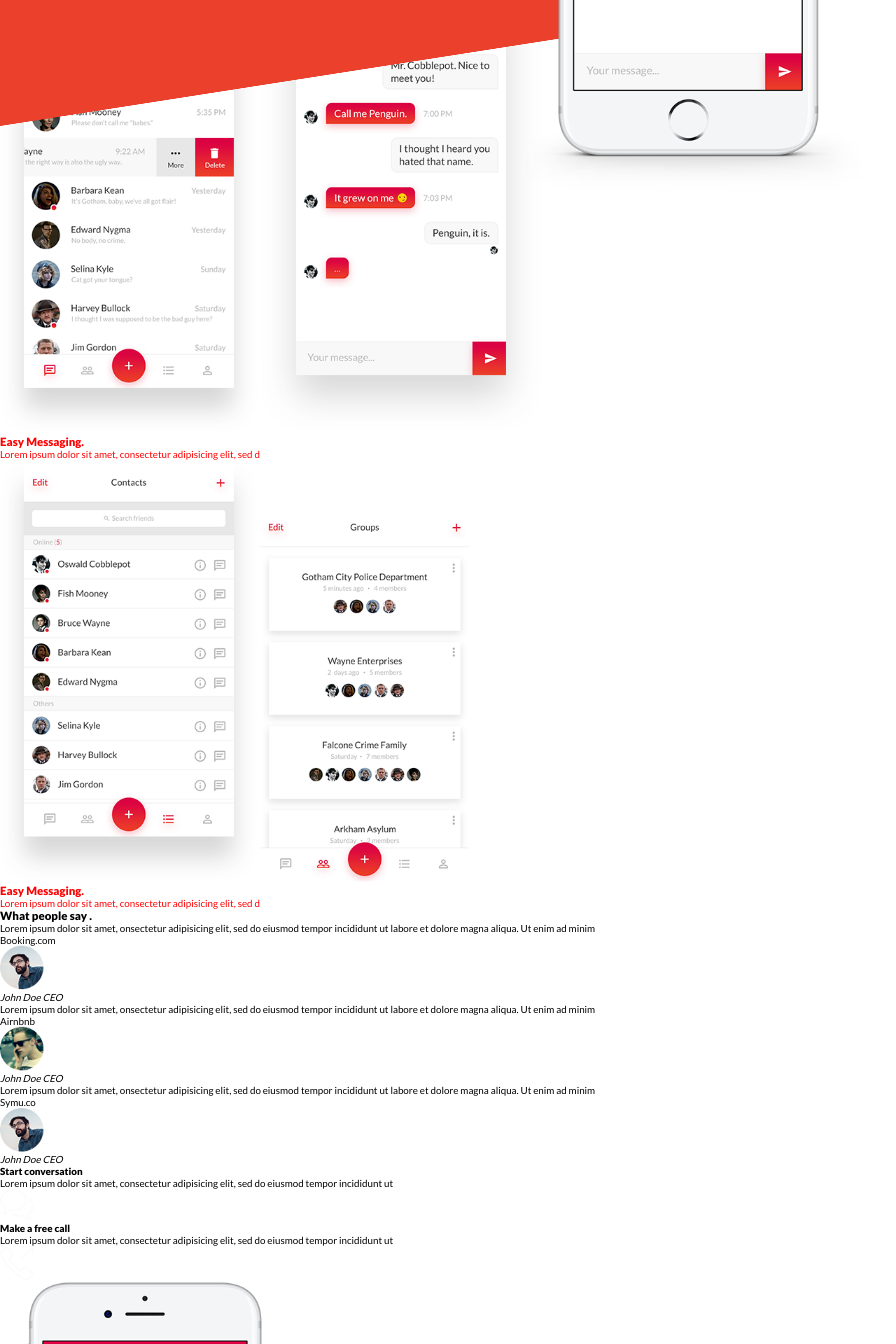
Repository: baumanmilosz/heyu
Page: index.html
The author's editor kept a copy of each file at every save. The page is drawn from the files as they stood at one save, then again after the next save.
The browser window is 1280 px wide. The pictures show the part of the page from y = 930 to 2850 px (the page is 4050 px tall), at 70% of full size.
Some web libraries are served in a nearby version. The style sheet was rebuilt from its Sass, Less or Tailwind sources for each picture, by a compiler version that may differ from the author's.

Above is the page before, as saved 2019-04-12 14:42:35.

### index.html
<!DOCTYPE html>
<html lang="en">

<head>
  <meta charset="UTF-8">
  <meta name="viewport" content="width=device-width, initial-scale=1.0">
  <meta http-equiv="X-UA-Compatible" content="ie=edge">
  <title>HeyU Landing Page</title>
  <link rel="stylesheet" href="https://use.fontawesome.com/releases/v5.8.1/css/all.css"
    integrity="sha384-50oBUHEmvpQ+1lW4y57PTFmhCaXp0ML5d60M1M7uH2+nqUivzIebhndOJK28anvf" crossorigin="anonymous">
  <link href="https://fonts.googleapis.com/css?family=Lato:400,900" rel="stylesheet">
  <link rel="stylesheet" href="./src/css/style.css">

</head>

<body>
  <header class="page-header">
    <nav class="page-nav">
      <h1 class="page-nav__title"><a class="page-nav__link" href="">HeyU</a></h1>
      <button type="button" class="page-nav__btn" href=""><i class="page-nav__icon fas fa-bars"></i></button>
      <ul class="page-nav__list">
        <li class="page-nav__item"><a class="page-nav__link" href="">About</a></li>
        <li class="page-nav__item"><a class="page-nav__link" href="">Faq</a></li>
        <li class="page-nav__item"><a class="page-nav__link" href="">Support</a></li>
        <li class="page-nav__item"><a class="page-nav__link" href="">Blog</a></li>
      </ul>
    </nav>
    <div class="page-hero">
      <div class="slogan">
        <h2 class="page-hero__title">Simple, safe <span class="page-hero__linebreak"> & beautiful.</span></h2>
        <p class="page-hero__description">With <span class="page-hero__highlight">HeyU</span>, you'll get fast, simple,
          secure messaging!</p>
        <button class="page-hero__btn"><span class="page-hero__text">Download now</span></button>
      </div>
      <div class="picture-wrapper">
        <img class="picture" src="./assets/phone.png" alt="">
      </div>
    </div>
  </header>
  <section class="app-description">
    <div class="wrapper">
      <div class="app-feature">
        <div class="feature-img-wrapper">
          <img class="messages-img" src="./assets/messages.png" alt="">
          <img class="converstion-img" src="./assets/conversation.png" alt="">
        </div>
        <h3 class="app-feature__title">Easy Messaging<span class="dot">.</span></h3>
        <p class="app-feature__description">Lorem ipsum dolor sit amet, consectetur adipisicing elit, sed d</p>
      </div>
      <div class="app-feature">
        <div class="feature-img-wrapper">
          <img class="contact-img" src="./assets/contacts.png" alt="">
          <img class="group-img" src="./assets/groups.png" alt="">
        </div>
        <h3 class="app-feature__title">Easy Messaging<span class="dot">.</span></h3>
        <p class="app-feature__description">Lorem ipsum dolor sit amet, consectetur adipisicing elit, sed d</p>
      </div>
    </div>
  </section>
  <section class="reviews">
    <div class="wrapper">
      <h3 class="reviews-title">What people say <span class="dot">.</span></h3>
      <div class="reviews-wrapper">
        <div class="comment-box">
          <blockquote class="comment">
            <p class="comment__text">Lorem ipsum dolor sit amet, onsectetur adipisicing elit, sed do eiusmod tempor
              incididunt ut labore et dolore magna aliqua. Ut enim ad minim
            </p>
            <p class="topic">Booking.com</p>
          </blockquote>
          <cite class="author">
            <div class="avatar">
              <img src="./assets/avatar1.png" alt="User">
              <p class="avatar_name">John Doe <span class="avatar_profession">CEO</span></p>
            </div>
          </cite>
        </div>
        <div class="comment-box">
          <blockquote class="comment">
            <p class="comment__text">Lorem ipsum dolor sit amet, onsectetur adipisicing elit, sed do eiusmod tempor
              incididunt ut labore et dolore magna aliqua. Ut enim ad minim</p>
            <p class="comment__company">Airnbnb</p>
          </blockquote>
          <cite class="author">
            <div class="avatar">
              <img src="./assets/avatar2.png" alt="User">
              <p class="avatar_name">John Doe <span class="avatar_profession">CEO</span></p>
            </div>
          </cite>
        </div>
        <div class="comment-box">
          <blockquote class="comment">
            <p class="comment__text">Lorem ipsum dolor sit amet, onsectetur adipisicing elit, sed do eiusmod tempor
              incididunt ut labore et dolore magna aliqua. Ut enim ad minim</p>
            <p class="comment__company">Symu.co</p>
          </blockquote>
          <cite class="author">
            <div class="avatar">
              <img src="./assets/avatar1.png" alt="User">
              <p class="avatar_name">John Doe <span class="avatar_profession">CEO</span></p>
            </div>
          </cite>
        </div>
      </div>
    </div>
  </section>
  <section class="overview">
    <div class="wrapper">
      <div class="feature">
        <h4 class="feature__title">Start conversation</h4>
        <p class="feature__description">Lorem ipsum dolor sit amet, consectetur adipisicing elit, sed do eiusmod tempor
          incididunt ut</p>
        <img class="feature__icon" src="./assets/message-icon.png" alt="">
      </div>
      <div class="feature">
        <h4 class="feature__title">Make a free call</h4>
        <p class="feature__description">Lorem ipsum dolor sit amet, consectetur adipisicing elit, sed do eiusmod tempor
          incididunt ut</p>
        <img class="feature__icon" src="./assets/phone-icon.png" alt="">
      </div>
      <div class="phone-wrapper">
        <img class="phone" src="./assets/phone-gradient.png" alt="">
        <img class="play-icon" src="./assets/play-icon.png" alt="">
      </div>
      <div class="feature">
        <h4 class="feature__title">Take a picture</h4>
        <p class="feature__description">Lorem ipsum dolor sit amet, consectetur adipisicing elit, sed do eiusmod tempor
          incididunt ut</p>
        <img class="feature__icon" src="./assets/camera-icon.png" alt="">
      </div>
      <div class="feature">
        <h4 class="feature__title">Send your video</h4>
        <p class="feature__description">Lorem ipsum dolor sit amet, consectetur adipisicing elit, sed do eiusmod tempor
          incididunt ut</p>
        <img class="feature__icon" src="./assets/video-icon.png" alt="">
      </div>
    </div>
  </section>
  <section class="newsletter">
    <div class="wrapper">
      <h3 class="newsletter__title">Subscribe to our newsletter<span class="dot">.</span></h3>
      <p class="newsletter__text">Lorem ipsum dolor sit amet, consectetur adipisicing elit, sed do eiusmod tempor
        incididunt ut labore et</p>
      <form action="" class="from">
        <input type="text" class="form__input" placeholder="Your email adress">
        <button type="submit" class="form__btn">Subscribe</button>
      </form>
    </div>
  </section>
  <section class="download-app">
    <div class="wrapper">
      <img class="app-logo" src="./assets/app-icon.png" alt="">
      <h3 class="download-app__title">Download the app <span class="dot">.</span></h3>
      <img class="appstore-icon" src="./assets/appstore.png" alt="">
    </div>
  </section>
  <footer class="page-footer">
    <nav class="footer-nav">
      <ul class="footer-nav__list">
        <li class="footer-nav__element"><a class="footer-nav__link" href="">About</a></li>
        <li class="footer-nav__element"><a class="footer-nav__link" href="">Faq</a></li>
        <li class="footer-nav__element"><a class="footer-nav__link" href="">Support</a></li>
        <li class="footer-nav__element"><a class="footer-nav__link" href="">Blog</a></li>
        <li class="footer-nav__element"><a class="footer-nav__link" href="">Download</a></li>
      </ul>
    </nav>
    <form action="" class="footer-form">
      <label for="lang-select">
        <select id="lang-select">
          <option value="English">English</option>
        </select>
      </label>
    </form>
  </footer>

  <script src="./src/js/main.js"></script>
</body>

</html>

### src/js/main.js
const hamburger = document.querySelector('.page-nav__btn');
const nav = document.querySelector('.page-nav');

hamburger.addEventListener('click', () => {
  nav.classList.toggle('opened');
  if (!nav.classList.contains('opened')) {
    nav.style.animation = 'close 1s 1 both ease';

  } else if (nav.classList.contains('opened')) {
    nav.style.animation = 'open 1s 1 both ease';
  }
})

### src/scss/style.scss
@import './variables';
@import './mixins';

:root {
  --closed-nav-height: 36px;
  --opened-nav-height: 246px;
}

* {
  margin: 0;
  padding: 0;
  box-sizing: border-box;
}

// MOBILE
html {
  font-size: 10px;
  font-family: $lato-font-family;
  overflow-x: hidden;

  body {
    overflow-x: hidden;

    .page-header {
      padding: 20px 20px 50px;
      background-image: $main-gradient;


      .page-nav {
        display: grid;
        grid-template-columns: auto auto;
        height: var(--closed-nav-height);

        @keyframes close {
          from {
            height: var(--opened-nav-height);
          }

          to {
            height: var(--closed-nav-height);
          }
        }

        .page-nav__title {
          font-size: 3rem;

          .page-nav__link {
            text-decoration: none;
            color: $white-color;
          }
        }

        .page-nav__btn {
          justify-self: end;
          align-self: center;
          background: none;
          border: none;
          cursor: pointer;

          .page-nav__icon {
            color: $white-color;
            font-size: 3.5rem;
          }
        }

        .page-nav__list {
          grid-column: 1/-1;
          display: grid;
          grid-template-rows: repeat(4, 50px);
          margin-top: 10px;
          list-style: none;
          overflow: hidden;

          .page-nav__item {
            display: grid;

            .page-nav__link {
              width: 100%;
              align-self: stretch;
              display: grid;
              align-items: center;
              justify-items: center;
              font-size: 1.6rem;
              color: $white-color;
              text-decoration: none;
              text-transform: uppercase;
              border-bottom: 1px solid $white-color;
            }
          }
        }
      }

      .page-nav.opened {}

      @keyframes open {
        from {
          height: var(--closed-nav-height);
        }

        to {
          height: var(--opened-nav-height);
        }
      }

      .page-nav.opened .page-nav__list {
        display: grid;
      }

      .page-hero {
        text-align: center;
        color: $white-color;

        .slogan {

          .page-hero__title {
            padding: 40px 0;
            font-size: 3rem;
            letter-spacing: $h2-letter-spacing;

            .page-hero__linebreak {
              display: block;
            }
          }

          .page-hero__description {
            margin: 0 0 30px 0;
            font-size: 1.5rem;
            line-height: 2rem;

            .page-hero__highlight {
              font-weight: bold
            }
          }

          .page-hero__btn {
            padding: 15px 32.5px;
            background-color: $white-color;
            border: none;
            border-radius: $form-radius;
            font-size: 1.8rem;
            font-weight: $btn-weight;
            cursor: pointer;


            .page-hero__text {
              -webkit-background-clip: text;
              -webkit-text-fill-color: transparent;
              background-image: $main-gradient;
            }
          }
        }

        .picture-wrapper {
          display: none;
        }

      }
    }

    .app-description {
      color: red;
    }
  }

  .app-description {
    color: red;
  }
}

@media (min-width: 736px) {
  html {
    font-size: 12px;
  }
}

@media (min-width: 1024px) {
  html {
    font-size: 14px;

    body {

      .page-header {
        padding: 50px 50px 0;

        .page-nav {
          display: flex;
          justify-content: space-between;
          animation: none;

          .page-nav__title {

            .page-nav__link {}
          }

          .page-nav__btn {
            display: none;

            .page-nav__icon {}
          }

          .page-nav__list {
            display: flex;
            margin-top: 0;

            .page-nav__item {
              position: relative;
              margin-left: 50px;

              &:hover:before {
                content: '';
                display: block;
                width: 100%;
                height: 2px;
                background-color: #fff;
                @include center();
                animation: line .3s 1 both ease;
              }

              @keyframes line {
                from {
                  width: 0;
                }

                to {
                  width: 100%;
                }
              }

              .page-nav__link {
                border-bottom: none;
              }
            }
          }
        }

        .page-nav.opened {}

        .page-nav.opened .page-nav__list {}

        .page-hero {
          max-width: 1600px;
          @include margin-auto;
          display: flex;
          justify-content: space-between;
          align-items: flex-start;
          // background-color: red;

          .slogan {
            text-align: left;
            align-self: center;

            .page-hero__title {
              font-size: 4rem;
            }

            .page-hero__description {
              font-size: 1.6rem;
              margin-bottom: 60px;
            }

            .page-hero__btn {
              .page-hero__text {}
            }
          }

          .picture-wrapper {
            display: block;
            position: relative;
            top: 300px;
            z-index: 1;
          }

        }
      }

      .app-description {
        position: relative;

        &::before {
          content: '';
          display: block;
          position: absolute;
          left: 0;
          top: 0;
          width: 100%;
          height: 200px;
          background-image: linear-gradient(to right bottom, #eb402c 49.9%, transparent 50.1%);
        }
      }
    }
  }
}

@media (min-width: 1920px) {
  html {

    body {

      .page-header {

        .page-nav {
          .page-nav__title {
            .page-nav__link {}
          }

          .page-nav__btn {


            .page-nav__icon {}
          }

          .page-nav__list {


            .page-nav__item {


              &:hover:before {}

              .page-nav__link {}
            }
          }
        }

        .page-nav.opened {}

        .page-nav.opened .page-nav__list {}

        .page-hero {

          .slogan {
            .page-hero__title {
              font-size: 6rem;
            }

            .page-hero__description {
              font-size: 2.4rem;
              margin-bottom: 120px;
            }

            .page-hero__btn {
              .page-hero__text {}
            }
          }

          .picture-wrapper {}

        }
      }
    }
  }
}

### src/scss/_variables.scss
$white-color: #fff;
$headers-color: #363636;
$text-color: #808080;
$btn-weight: bold;
$line-color: #e0e0e0;
$main-gradient: linear-gradient(#d90647, #eb402c);
$avatar-subtext-color: #667386;
$icon-color: #fbfbfb;
$rectangle-color: #232323;
$form-radius: 35px;
$app-icon-shadow: 10px 10px 30px 0 $main-gradient;
$review-box-shadow: 30px 30px 60px 0 $headers-color;
$input-bg: #f8f8f8;

$lato-font-family: 'Lato',
sans-serif;
$header-size: 60px;
$paragraph-size: 18px;
$avatar-caption: 16px;
$section-paragraph-size: 16px;
$section-header-size: 24px;

$page-margin-top: 40px;
$page-margin-bottom: 25px;
$page-margin-horizontal: 50px;

$nav-margin-left: 50px;
$h2-letter-spacing: 2px;
$h2-margin-bottom: 40px;

$header-btn-padding: 20px 50px;
$header-margin-bottom: 65px;

$gradient-section-margin: 85px 90px;
$form-section-vmargin:150px;
$form-margin-top: 70px;

$nav-footer-margin-right: 60px;

### src/scss/_mixins.scss
@mixin margin-auto() {
  margin: 0 auto;
}

@mixin center () {
  position: absolute;
  top: 50%;
  left: 50%;
  transform: translate(-50%, -50%);
}

@mixin gradient($orientation, $start-color, $end-color) {
  background-image: linear-gradient($orientation, $start-color, $end-color);
}

@mixin keyframes($name) {
  @keyframes #{$name} {
    @content;
  }
}

@mixin css-triangle($color, $direction, $main-border-size, $side-border-size) {
  width: 0;
  height: 0;

  @if $direction==down {
    border-left: $size solid transparent;
    border-right: $size solid transparent;
    border-top: $size solid $color;
  }

  @else if $direction==up {
    border-left: $size solid transparent;
    border-right: $size solid transparent;
    border-bottom: $size solid $color;
  }

  @else if $direction==right {
    border-top: $side-border-size solid transparent;
    border-bottom: $side-border-size solid transparent;
    border-left: $main-border-size solid $color;
  }

  @else if $direction==left {
    border-top: $size solid transparent;
    border-bottom: $size solid transparent;
    border-right: $size solid $color;
  }
}

After the next save:
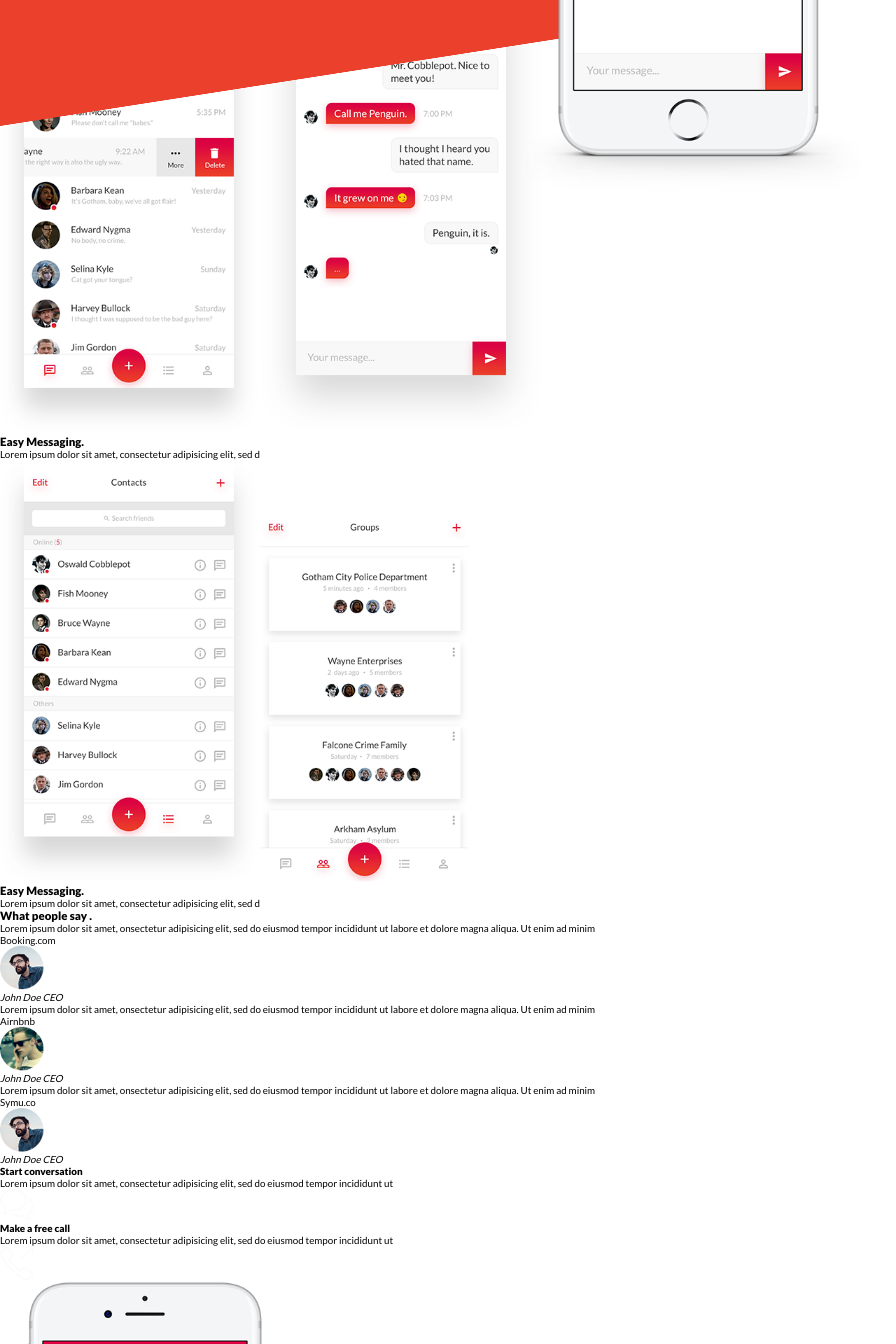
Saved 36 s later.
--- a/src/scss/style.scss
+++ b/src/scss/style.scss
@@ -154,16 +154,13 @@
           display: none;
         }
 
+        .app-description {
+          color: red;
+        }
+
       }
     }
 
-    .app-description {
-      color: red;
-    }
-  }
-
-  .app-description {
-    color: red;
   }
 }
 
